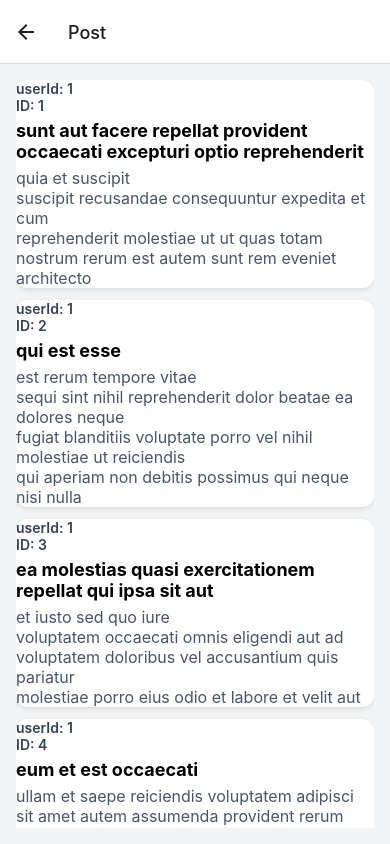
Repository: nawaz1568/Task_counter
Screen: /Post
The author's editor kept a copy of each file at every save. The screen is drawn from the files as they stood at one save, then again after the next save.
An inner scrolling area shows only its first screen. The app was drawn by React Native's web renderer in a window 390 px wide. The project was rebuilt for these pictures with package versions that can differ from the ones it lists, and the page was loaded fresh each time. Also part of the build but not shown: src/components/Header.js, src/screens/PostListScreen.js, src/screens/PostDetailScreen.js, src/screens/CounterScreen.js, src/screens/AnotherDetailScreen.js, src/screens/DummyPostsScreen.js, src/screens/DummyPostDetailScreen.js.

Above is the screen before, as saved 2025-09-09 19:10:00.

### App.js
import React from 'react';
import { NavigationContainer } from '@react-navigation/native';
import { createNativeStackNavigator } from '@react-navigation/native-stack';
import LoginScreen from './src/screens/LoginScreen';
import PostListScreen from './src/screens/PostListScreen';
import PostDetailScreen from './src/screens/PostDetailScreen';
import CounterScreen from './src/screens/CounterScreen';
import PostsScreen from './src/screens/PostsScreen';
import AnotherDetailScreen from './src/screens/AnotherDetailScreen';
import DummyPostsScreen from './src/screens/DummyPostsScreen';
import DummyPostDetailScreen from './src/screens/DummyPostDetailScreen';

const Stack = createNativeStackNavigator();

export default function App() {
  return (
    <NavigationContainer>
      <Stack.Navigator initialRouteName="Login">
        <Stack.Screen name="Login" component={LoginScreen} options={{ title: 'Login' }} />
        <Stack.Screen name="Posts" component={PostListScreen} options={{ title: 'Posts' }} />
        <Stack.Screen name="Details" component={PostDetailScreen} options={{ title: 'Post Details' }} />
        <Stack.Screen name="AnotherDetails" component={AnotherDetailScreen} options={{ title: 'Another Detail' }} />
        <Stack.Screen name="Post" component={PostsScreen} options={{ title: 'Post' }} />
        <Stack.Screen name="Counter" component={CounterScreen} options={{ title: 'Counter' }} />
         <Stack.Screen name="DummyPosts" component={DummyPostsScreen} options={{ title: 'Dummy Posts' }} />
        <Stack.Screen name="DummyPostDetail" component={DummyPostDetailScreen} options={{ title: 'Post Detail' }} />
      </Stack.Navigator>
    </NavigationContainer>
  );
}

### src/screens/LoginScreen.js
import React, { useState } from 'react';
import { View, Text, TextInput, Alert, TouchableOpacity, StyleSheet } from 'react-native';

export default function LoginScreen({ navigation }) {
  const [email, setEmail] = useState('');
  const [password, setPassword] = useState('');

  const onLogin = () => {
    Alert.alert('Login', `Email: ${email}\nPassword: ${password}`);
    navigation.navigate('Posts');
  };


  const goToCounter = () => {
    navigation.navigate('Counter');
  };

  return (
    <View style={styles.container}>
      <Text style={styles.title}>Welcome</Text>
      <TextInput
        placeholder="Email"
        value={email}
        onChangeText={setEmail}
        keyboardType="email-address"
        autoCapitalize="none"
        style={styles.input}
      />
      <TextInput
        placeholder="Password"
        value={password}
        onChangeText={setPassword}
        secureTextEntry
        style={styles.input}
      />
      <TouchableOpacity style={styles.button} onPress={onLogin}>
        <Text style={styles.buttonText}>Login</Text>
      </TouchableOpacity>
<TouchableOpacity
  style={[styles.button, { backgroundColor: '#2563eb', marginTop: 12 }]}
  onPress={() => navigation.navigate('Post')}
>
  <Text style={styles.buttonText}>JSON</Text>
</TouchableOpacity>


<TouchableOpacity
  style={[styles.button, { backgroundColor: '#10b981', marginTop: 12 }]}
  onPress={() => navigation.navigate('DummyPosts')}
>
  <Text style={styles.buttonText}>Dummy API</Text>
</TouchableOpacity>

      <TouchableOpacity style={[styles.button, { backgroundColor: '#f59e0b', marginTop: 12 }]} onPress={goToCounter}>
        <Text style={styles.buttonText}>Go to Counter Demo</Text>
      </TouchableOpacity>
    </View>
  );
}

const styles = StyleSheet.create({
  container: {
    flex: 1,
    alignItems: 'center',
    justifyContent: 'center',
    padding: 20,
    backgroundColor: '#f9fafb',
  },
  title: { fontSize: 24, fontWeight: '700', marginBottom: 24 },
  input: {
    width: '100%',
    borderWidth: 1,
    borderColor: '#d1d5db',
    borderRadius: 12,
    padding: 12,
    marginBottom: 12,
    backgroundColor: '#fff',
  },
  button: {
    width: '100%',
    padding: 14,
    backgroundColor: '#111827',
    borderRadius: 12,
    alignItems: 'center',
    marginTop: 4,
  },
  buttonText: { color: '#fff', fontWeight: '600' },
});

### src/screens/PostsScreen.js
import React from 'react';
import { View, Text, FlatList, TouchableOpacity, StyleSheet } from 'react-native';
import postsData from '../data/posts.json';

export default function PostsScreen({ navigation }) {
  const renderItem = ({ item }) => (
    <TouchableOpacity
      style={styles.card}
      onPress={() =>
        navigation.navigate('AnotherDetails', {
          name: item.title,
          description: item.body,
        })
      }
    >
      <Text style={styles.heading}>userId: {item.userId}</Text>
      <Text style={styles.heading}>ID: {item.id}</Text>
      <Text style={styles.title}>{item.title}</Text>
      <Text style={styles.body}>{item.body}</Text>
    </TouchableOpacity>
  );

  return (
    <View style={styles.container}>
      <FlatList
        data={postsData}
        keyExtractor={(item) => item.id.toString()}
        renderItem={renderItem}
      />
    </View>
  );
}

const styles = StyleSheet.create({
  container: {
    flex: 1,
    padding: 16,
    backgroundColor: '#f3f4f6',
  },
  card: {
    backgroundColor: '#fff',
    borderRadius: 12,
    marginBottom: 12,
    shadowColor: '#000',
    shadowOpacity: 0.1,
    shadowRadius: 6,
    shadowOffset: { width: 0, height: 2 },
  },
  heading: {
    fontSize: 14,
    fontWeight: '600',
    color: '#374151',
  },
  title: {
    fontSize: 18,
    fontWeight: '700',
    marginVertical: 6,
  },
  body: {
    fontSize: 16,
    color: '#4b5563',
  },
});

Loaded but not shown: src/data/posts.json (common file)

After the next save:
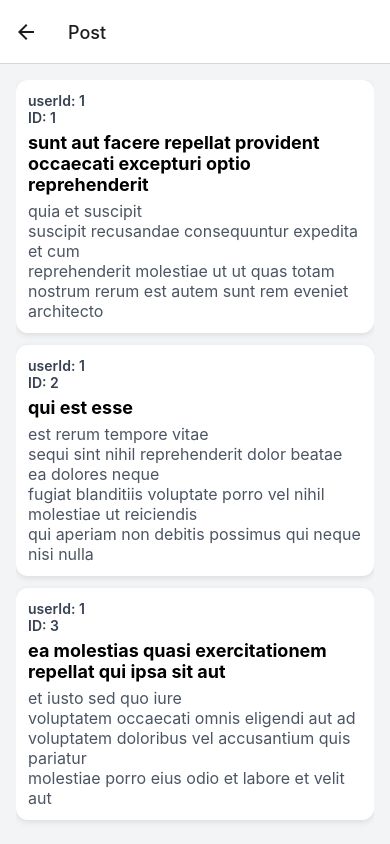
Saved 3 min 47 s later.
--- a/src/screens/PostsScreen.js
+++ b/src/screens/PostsScreen.js
@@ -1,8 +1,32 @@
-import React from 'react';
-import { View, Text, FlatList, TouchableOpacity, StyleSheet } from 'react-native';
+import React, { useState } from 'react';
+import { View, Text, FlatList, TouchableOpacity, StyleSheet, ActivityIndicator } from 'react-native';
 import postsData from '../data/posts.json';
 
 export default function PostsScreen({ navigation }) {
+  const PAGE_SIZE = 15;
+  const [page, setPage] = useState(1);
+  const [data, setData] = useState(postsData.slice(0, PAGE_SIZE));
+  const [loading, setLoading] = useState(false);
+
+  // Load more data when reaching end
+  const loadMore = () => {
+    if (loading) return;
+
+    const start = page * PAGE_SIZE;
+    const end = start + PAGE_SIZE;
+
+    if (start >= postsData.length) return; // No more data
+
+    setLoading(true);
+
+    // Simulate async loading
+    setTimeout(() => {
+      setData((prev) => [...prev, ...postsData.slice(start, end)]);
+      setPage((prev) => prev + 1);
+      setLoading(false);
+    }, 500);
+  };
+
   const renderItem = ({ item }) => (
     <TouchableOpacity
       style={styles.card}
@@ -23,9 +47,14 @@ export default function PostsScreen({ navigation }) {
   return (
     <View style={styles.container}>
       <FlatList
-        data={postsData}
+        data={data}
         keyExtractor={(item) => item.id.toString()}
         renderItem={renderItem}
+        onEndReached={loadMore}
+        onEndReachedThreshold={0.5}
+        ListFooterComponent={
+          loading ? <ActivityIndicator size="small" color="#000" /> : null
+        }
       />
     </View>
   );
@@ -41,6 +70,7 @@ const styles = StyleSheet.create({
     backgroundColor: '#fff',
     borderRadius: 12,
     marginBottom: 12,
+    padding: 12,
     shadowColor: '#000',
     shadowOpacity: 0.1,
     shadowRadius: 6,
